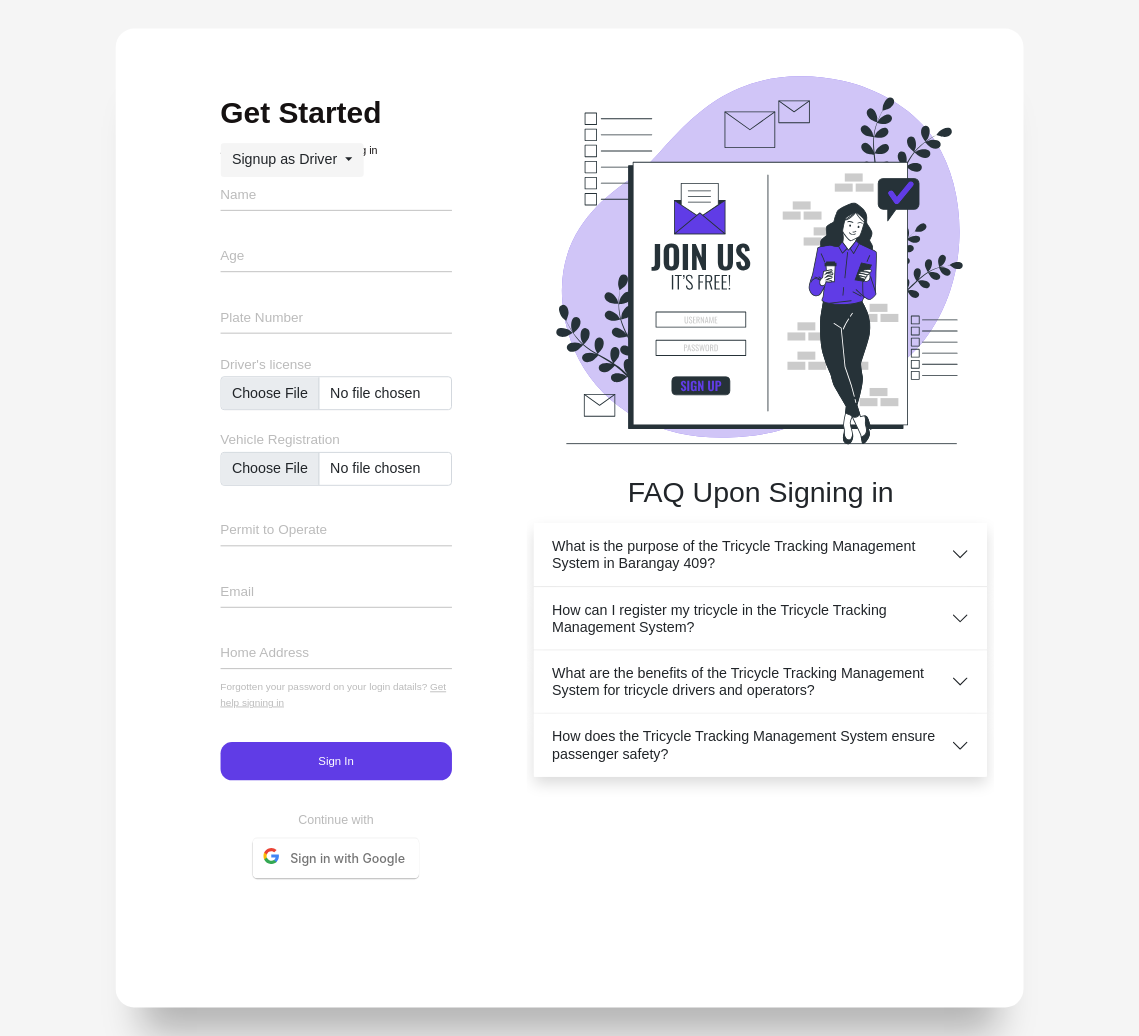
Repository: adrcstro/plate-to-place
Page: http://localhost/Loginsystem/Driverlogin.php
An editor plug-in stored every save of this project. The page is shown before and after the next save, followed by the edit.
The browser window is 1280 px wide. The pictures show the whole page, at 89% of full size.
Some web fonts or font styles are not loaded; a fallback is used. Some web libraries are served in a nearby version. The page is run by PHP 8.4 with error messages shown; the project is at /var/www/html/.

Above is the page before, as saved 2023-10-31 12:34:07.

After the next save:
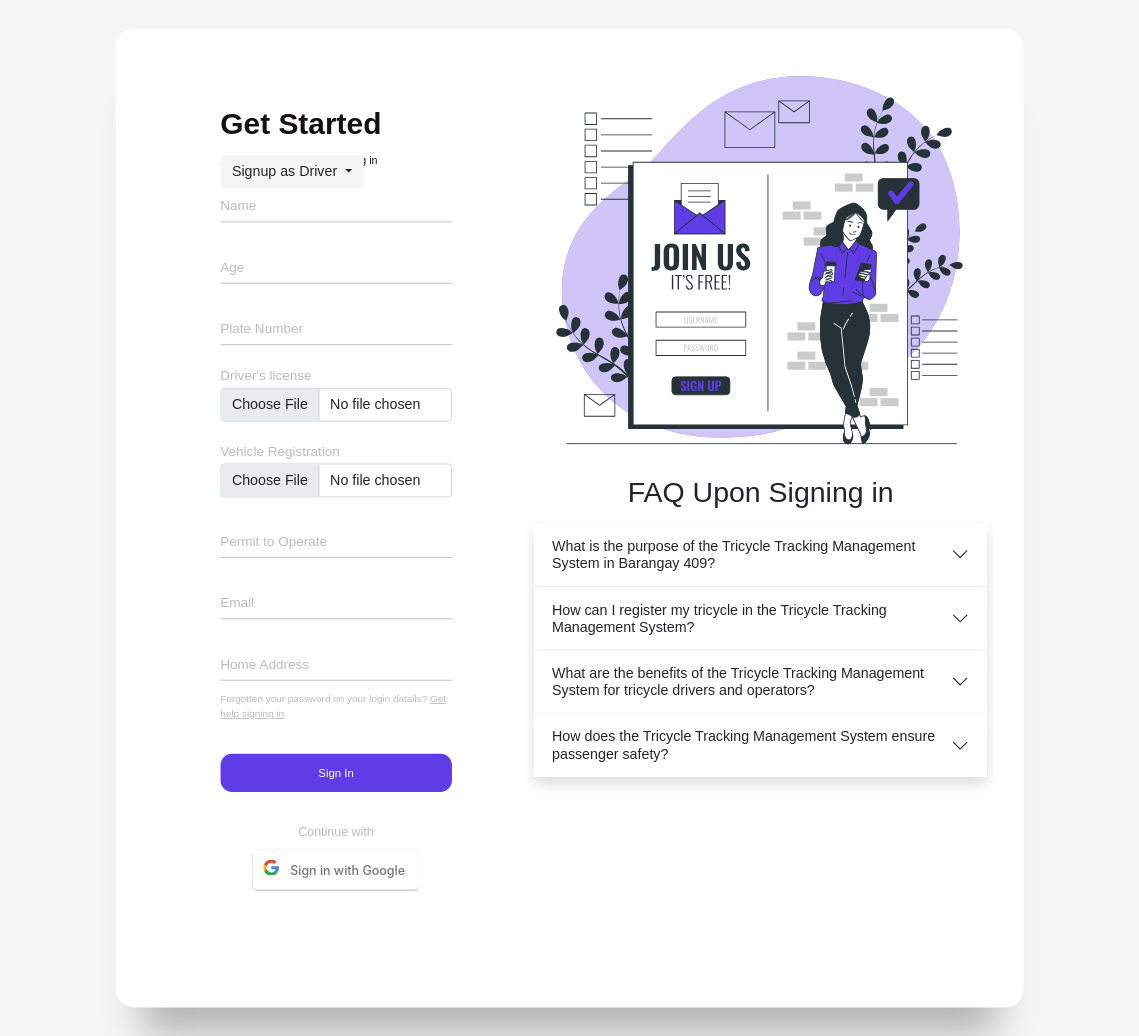
Saved 10 s later.
--- a/Loginsystem/driver.css
+++ b/Loginsystem/driver.css
@@ -401,7 +401,7 @@ margin-top: -4rem;
 }
 
 .sign-in-form{
-  margin-top: -2.2rem;
+  margin-top: -1.4rem;
 }
 
 
